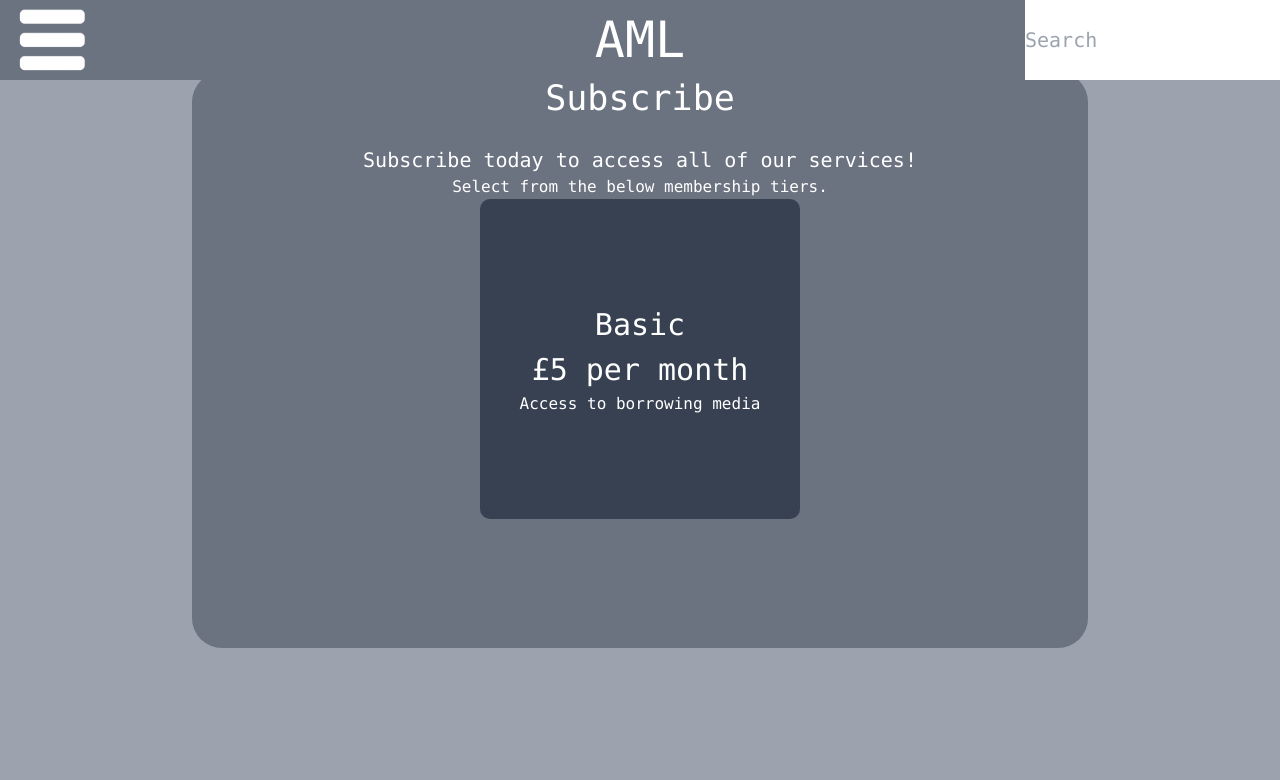
Repository: DuyKhanhDo/AML-Concept
Page: http://localhost/subscribe
These files come from the project's save history. The page is drawn as it stood at one moment and after the next save; the edit follows.
The browser window is 1280 px wide. The pictures show the whole page.
Some web libraries are served in a nearby version. The page is served by the project's Laravel application, run on PHP 8.4 with Laravel 12. A made-up administrator, Test User (test@example.com), is signed in. Other server files are loaded and not shown.

Above is the page before, as saved 2024-11-11 12:55:25.

### routes/web.php
<?php

use App\Http\Controllers\RegisterController;
use App\Http\Controllers\LogInController;
use App\Http\Controllers\ProfileController;
use App\Http\Controllers\SubscriptionController;
use Illuminate\Support\Facades\Route;
use Illuminate\Support\Facades\Auth;

Auth::routes();

Route::get('/', function () {
    return view('catalogue');
});

Route::get('/login', [LogInController::class, 'LogInView'])->name('login');
Route::post('/submit-login', [LogInController::class, 'Submit'])->name('submit.login');

Route::get('/register', [RegisterController::class, 'RegisterView'])->name('register');
Route::post('/submit-register', [RegisterController::class, 'Submit'])->name('submit.register');

Route::get('/subscribe', [SubscriptionController::class, 'SubscribeView'])->name('subscribe');

Route::post('/logout', function(){
    Auth::logout();
    return redirect()->back();
})->name('logout');

### app/Models/User.php
<?php

namespace App\Models;

use Illuminate\Auth\Middleware\Authenticate;
use Illuminate\Database\Eloquent\Model;
use Illuminate\Foundation\Auth\User as Authenticatable;
use Illuminate\Notifications\Notifiable;

class User extends Authenticatable
{
    use Notifiable;
    public $timestamps = false;

    protected $table = 'Users';

    protected $fillable = ['name', 'email', 'password', 'dob'];
};

### app/Http/Controllers/SubscriptionController.php
<?php

namespace App\Http\Controllers;

use Illuminate\Http\Request;

class SubscriptionController extends Controller
{
    public function __construct()
    {
        $this->middleware('auth');
    }

    public function SubscribeView()
    {
        return view('subscribe');
    }
}

### resources/views/subscribe.blade.php
<x-base>
    <x-slot:content>
        <main class="flex justify-center items-center h-screen">
            <div class="absolute top-[5vh] bg-gray-500 w-[70vw] h-[80vh] mt-[5vh] rounded-[30px] flex items-center flex-col">
                <h1 class="text-[35px]">Subscribe</h1>
                <h3 class="text-[20px] mt-[20px]">Subscribe today to access all of our services!</h3>
                <h5>Select from the below membership tiers.</h5>
                <button class="bg-gray-700 rounded-[10px] w-[20rem] h-[20rem]">
                    <h2 class="text-[30px] padding-[20px]">Basic</h2>
                    <h2 class="text-[30px]">£5 per month</h2>
                    <h3>Access to borrowing media</h3>
                </button>
            </div>
        </main>
    </x-slot>
</x-base>

### resources/views/components/base.blade.php
<!DOCTYPE html>
<html lang="en">
<head>
    <meta charset="UTF-8">
    <meta name="viewport" content="width=device-width, initial-scale=1.0">
    <title>AML</title>
    <script src="https://cdn.tailwindcss.com"></script>
</head>
<body class="bg-gray-400 font-mono">
    <x-navigation-bar></x-navigation-bar>
    <main class="mt-[5vh] text-white text-center">
        {{ $content }}
    </main>
</body>
</html>

### resources/views/components/navigation-bar.blade.php
<div class="fixed left-0 top-0 w-full h-[5rem] flex items-center justify-center bg-gray-500 m-0 p-0 box-border font-mono z-50">
    <button id="toggle-sidebar" class="absolute left-0 ml-[10px] h-full"><img class="h-full" draggable="false" src="{{ asset('assets/sidebar-img.png') }}" alt=""></button>
    <h1 class="text-[50px] text-white">AML</h1>
    <input type="text" class="absolute right-0 ml-[10px] h-full radius-[20px] text-[20px]" placeholder="Search">
</div>
<div id="sidebar" class="fixed left-0 top-[5rem] bg-gray-500 w-[20rem] h-[95vh] flex flex-col opacity-0 z-50 transition-opacity duraction-900">
    <ul class="text-center text-white w-full flex items-center">
        <x-side-bar-btn :csrf=false method="GET" route="/" name="Catalogue"></x-side-bar-btn>
    </ul>
    <ul class="absolute bottom-0 flex flex-col text-center text-white w-full flex items-center">
        @if (Auth::check())
            <x-side-bar-btn :csrf=true method="POST" route="{{ route('logout') }}" name="Sign out"></x-side-bar-btn>
        @else
            <x-side-bar-btn :csrf=false method="GET" route="{{ route('login') }}" name="Log in"></x-side-bar-btn>
            <x-side-bar-btn :csrf=false method="GET" route="{{ route('register') }}" name="Register"></x-side-bar-btn>
        @endif
    </ul>
</div>

<script>
    const button = document.getElementById('toggle-sidebar')
    const sidebar = document.getElementById('sidebar')

    button.addEventListener('click',function(){
        sidebar.classList.toggle('opacity-0');
        sidebar.classList.toggle('opacity-100');
    })
</script>

### resources/views/components/side-bar-btn.blade.php
<form class="w-full" method="{{ $method }}" action='{{ $route }}'>
    @if ($csrf == true)
        @csrf
    @endif

    <li class="mx-auto bg-gray-700 w-full h-[5rem] mb-[10px] flex items-center justify-center">
        <button type="submit" class="font-mono text-[30px] w-full">
            {{ $name }}
        </button>
    </li>
</form>

Loaded but not shown: app/Http/Controllers/Auth/ConfirmPasswordController.php (common file); app/Http/Controllers/Controller.php (common file)

After the next save:
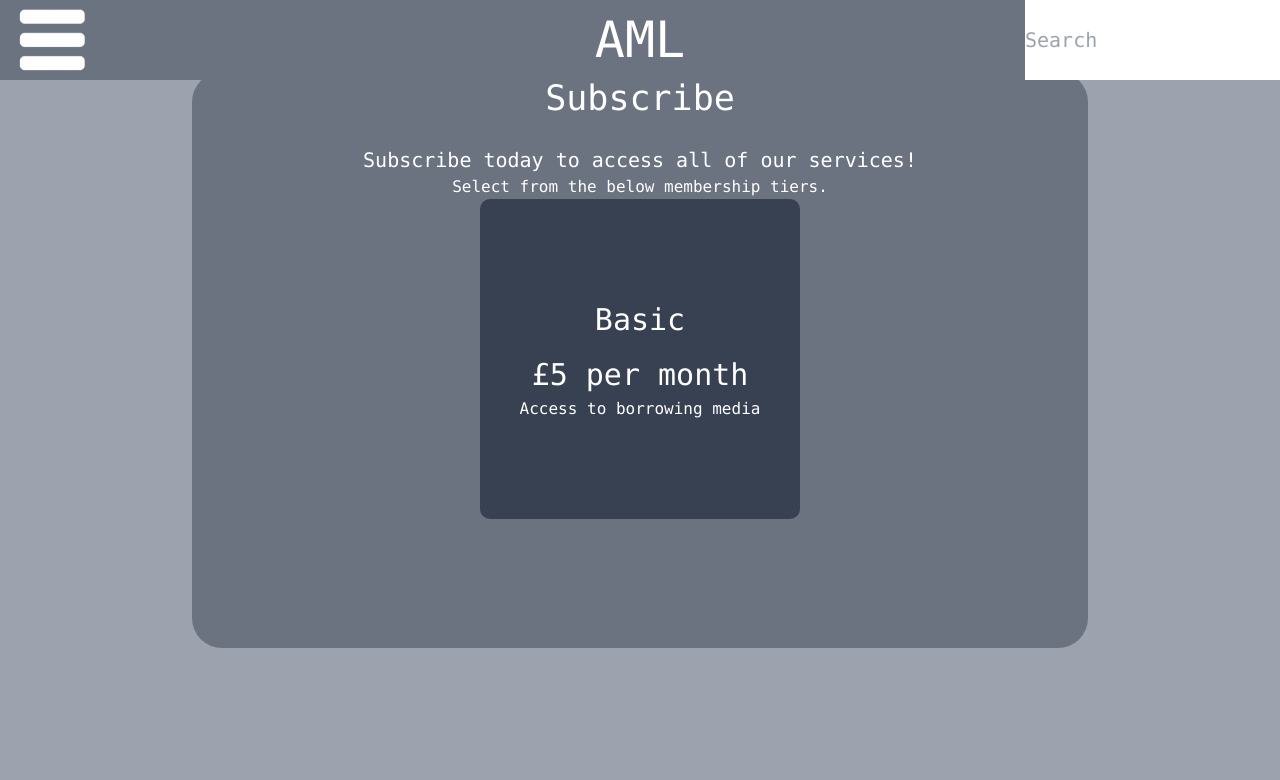
Saved 10 s later.
--- a/resources/views/subscribe.blade.php
+++ b/resources/views/subscribe.blade.php
@@ -6,7 +6,7 @@
                 <h3 class="text-[20px] mt-[20px]">Subscribe today to access all of our services!</h3>
                 <h5>Select from the below membership tiers.</h5>
                 <button class="bg-gray-700 rounded-[10px] w-[20rem] h-[20rem]">
-                    <h2 class="text-[30px] padding-[20px]">Basic</h2>
+                    <h2 class="text-[30px] mb-[10px]">Basic</h2>
                     <h2 class="text-[30px]">£5 per month</h2>
                     <h3>Access to borrowing media</h3>
                 </button>
